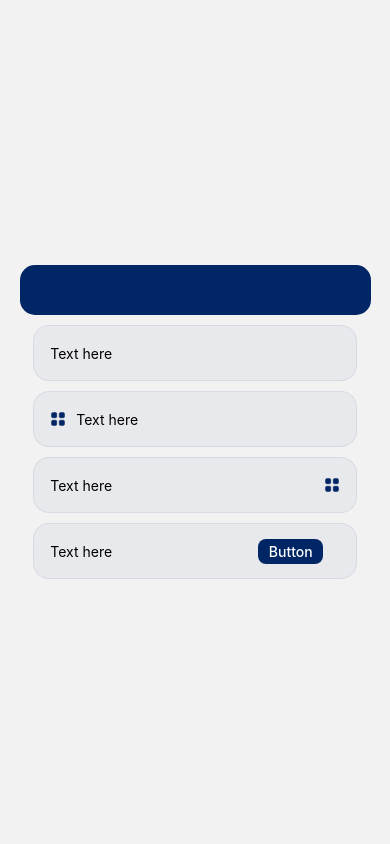
Repository: hungdomanh95/setuptheme
Screen: /
These files come from the project's save history. The screen is drawn as it stood at one moment and after the next save; the edit follows.
The app was drawn by React Native's web renderer in a window 390 px wide. The project was rebuilt for these pictures with package versions that can differ from the ones it lists, and the page was loaded fresh each time. Also part of the build but not shown: src/components/Fade/index.js, src/components/Slide/index.js, src/components/RNCheckbox/index.js.

Above is the screen before, as saved 2022-05-17 18:19:10.

### App.js
import {View, Text} from 'react-native';
import React from 'react';
import RootNavigation from './src/navigation/rootNavigation';

const App = () => {
  return <RootNavigation />;
};

export default App;

### src/navigation/rootNavigation.js
import React from 'react'
import {NavigationContainer} from '@react-navigation/native';
import {createNativeStackNavigator} from '@react-navigation/native-stack';
import {
  HomeScreen,
} from '../screens';
import { SafeAreaProvider } from 'react-native-safe-area-context';

const Stack = createNativeStackNavigator();
const RootNavigation = () => {
  const screenOptions = {
    headerTransparent: true,
    headerShown: false,
  };
  const stackOption = {
    headerShown: true,
    headerBackTitle: '',
    headerTitle: '',
  };
  return (
    <SafeAreaProvider>
      <NavigationContainer>
        <Stack.Navigator screenOptions={screenOptions}>
          <Stack.Screen name="HomeScreen" component={HomeScreen} />
        </Stack.Navigator>
      </NavigationContainer>
    </SafeAreaProvider>
  );
};

export default RootNavigation;

### src/screens/index.js
import HomeScreen from './HomeScreen';
export {HomeScreen};

### src/screens/HomeScreen/index.js
import {View, StyleSheet} from 'react-native';
import React from 'react';
import {COLOR} from '../../theme';
import {Button, CheckBox, Input} from '../../components';
const icon = require("../../assets/icon/Categary.png")

const HomeScreen = () => {
  const handle = () => {
    console.log("=====--------");
  }
  return (
    <View style={styles.container}>
      {/* <Button text="Button" type={'primary'} size={'fullsize'} />
      <Button text="Button" type={'danger'} size={'medium'} />
      <Button text="Button" type={'success'} size={'small'} />
      <Button text="Button" type={'warning'} size={80} />
      <Button
        text="Button"
        type={'primary'}
        size={'fullsize'}
        disabled={true}
      />
      <Button text="Button" color={COLOR.neural8} colorText={COLOR.neural} />

      <CheckBox /> */}
      <Button

      />
      <Input placeholder="Text here"/>
      <Input placeholder="Text here" iconLeft={icon} />
      <Input placeholder="Text here" iconRight={icon} />
      <Input placeholder="Text here" onPress={handle} />
    </View>
  );
};

export default HomeScreen;
const styles = StyleSheet.create({
  container: {
    flex: 1,
    justifyContent: 'center',
    alignItems: 'center',
  },
});

### src/theme/index.js
import {StyleSheet, Dimensions} from 'react-native';
const {width, height} = Dimensions.get('window');
const width_design = 375;
export const SIZE = {
  width,
  height,
  spacing: 16,
  spacing10:10,
  icon: 24,
  iconInput:16,
  btn1: (width * 343) / width_design,
  btn2: (width * 196) / width_design,
  btn3: (width * 160) / width_design,
  checkbox: 25,
  input1:(width * 311) / width_design
};
export const COLOR = {
  primary: '#002665',
  primary80: 'rgba(0, 38, 101, 0.8)',
  primary60: 'rgba(0, 38, 101, 0.6)',
  primary40: 'rgba(0, 38, 101, 0.4)',
  primary24: 'rgba(0, 38, 101, 0.24)',
  primary16: 'rgba(0, 38, 101, 0.16)',
  primary8: 'rgba(0, 38, 101, 0.08)',
  primary4: 'rgba(0, 38, 101, 0.04)',
  secondary: '#2567F9',
  secondary50: '#0077FF',
  secondary40: 'rgba(0, 119, 255, 0.4)',
  secondary24: 'rgba(0, 119, 255, 0.24)',
  secondary16: 'rgba(0, 119, 255, 0.16)',
  secondary8: 'rgba(0, 119, 255, 0.08)',
  white: '#FFFFFF',
  white64: 'rgba(255,255,255,0.64)',
  white40: 'rgba(255,255,255,0.4)',
  white24: 'rgba(255,255,255,0.24)',
  white16: 'rgba(255,255,255,0.16)',
  white8: 'rgba(255,255,255,0.08)',
  white4: 'rgba(255,255,255,0.04)',
  yellow: '#FDBE01',
  yellow80: 'rgba(253, 190, 1, 0.8)',
  yellow40: 'rgba(253, 190, 1, 0.4)',
  yellow16: 'rgba(253, 190, 1, 0.16)',
  red: '#DA000B',
  red80: 'rgba(227, 38, 46, 0.8)',
  red40: 'rgba(227, 38, 46, 0.4)',
  red16: 'rgba(227, 38, 46, 0.16)',
  gray: '#6D7E92',
  gray40: '#7689A2',
  gray24: '#B3BDCB',
  gray16: '#DADFE6',
  gray8: '#F9FAFD',
  green: '#18A348',
  green50: '#25C26E',
  green40: 'rgba(37, 194, 110, 0.4)',
  green24: 'rgba(37, 194, 110, 0.24)',
  neural: '#FFB200',
  neural80: 'rgba(255, 178, 0, 0.8)',
  neural40: 'rgba(255, 178, 0, 0.4)',
  neural24: 'rgba(255, 178, 0, 0.24)',
  neural16: 'rgba(255, 178, 0, 0.16)',
  neural8: 'rgba(255, 178, 0, 0.08)',
  orange: '#F44B02',
  orange80: 'rgba(244, 75, 2, 0.8)',
  orange40: 'rgba(244, 75, 2, 0.4)',
  orange8: '#FFECE3',
  infor: '#0289F4',
  infor80: 'rgba(2, 137, 244, 0.8)',
  infor40: 'rgba(2, 137, 244, 0.4)',
  infor10: 'rgba(2, 137, 244, 0.1)',
};
export const TEXT = StyleSheet.create({
  h1: {
    fontSize: 22,
    lineHeight: 33,
  },
  h2: {
    fontSize: 20,
    lineHeight: 30,
  },
  h3: {
    fontSize: 18,
    lineHeight: 27,
  },
  fz16: {
    fontSize: 16,
    lineHeight: 24,
  },
  fz14: {
    fontSize: 14,
    lineHeight: 21,
  },
  fz12: {
    fontSize: 12,
    lineHeight: 18,
  },
  fz10: {
    fontSize: 10,
    lineHeight: 15,
  },
  bold: {
    fontWeight: '700',
  },
  medium: {
    fontWeight: '500',
  },
  regular: {
    fontWeight: '400',
  },
});
export const SHADOWS = StyleSheet.create({
  sh: {
    backgroundColor: '#FFFFFF',
    shadowColor: 'rgba(0, 38, 101, 0.1)',
    shadowOffset: {
      width: 0,
      height: 2,
    },
    shadowOpacity: 2,
    shadowRadius: 5,
    elevation: 5,
  },
});

### src/components/index.js
import Fade from './Fade';
import Slide from './Slide';
import Button from './RNButton';
import CheckBox from './RNCheckbox';
import Input from './Input';
import ButtonInput from './RNButton/ButtonInput';
export {Fade, Slide, Button, CheckBox, Input,ButtonInput};

### src/components/RNButton/index.js
import {StyleSheet, Text, View, TouchableOpacity} from 'react-native';
import React, {useEffect} from 'react';
import {COLOR, SIZE, TEXT} from '../../theme';

const RNButton = props => {
  const {text, type, size, onPress, disabled} = props;

  const colorBTN = () => {
    let colorBtn = COLOR.primary
    if (disabled) colorBtn = COLOR.primary8;
    else if (type === 'success') colorBtn = COLOR.green;
    else if (type === 'warning') colorBtn = COLOR.neural;
    else if (type === 'danger') colorBtn = COLOR.red;
    else if (type === 'primary') colorBtn = COLOR.primary;
    else if (props.color) colorBtn = props.color;
    return colorBtn;
  };
  const sizeBTN = () => {
    let sizeBtn = "90%";
    if (size === 'fullsize') sizeBtn = SIZE.btn1;
    else if (size === 'medium') sizeBtn = SIZE.btn2;
    else if (size === 'small') sizeBtn = SIZE.btn3;
    else if (typeof size == 'number') sizeBtn = size;
    return sizeBtn;
  };
  const colorText = () => {
    let colorText = COLOR.white;
    if (disabled) colorText = COLOR.primary24;
    else if (props.colorText) colorText = props.colorText;
    return colorText;
  };
  const styles = styleWithProps(props, colorBTN(), sizeBTN(), colorText());
  return (
    <TouchableOpacity
      style={styles.container}
      onPress={onPress}
      disabled={disabled}>
      <Text style={styles.text}>{text}</Text>
    </TouchableOpacity>
  );
};

const styleWithProps = (props, color, size, colorText) => {
  return StyleSheet.create({
    container: {
      width: size,
      height: 50,
      justifyContent: 'center',
      alignItems: 'center',
      backgroundColor: color,
      borderRadius: 15,
      marginVertical: 5,
      ...props.style,
    },
    text: {
      color: colorText,
      ...TEXT.fz16,
      ...TEXT.bold,
    },
  });
};
export default RNButton;

### src/components/Input/index.js
import {StyleSheet, Text, View, TextInput, Image} from 'react-native';
import React from 'react';
import {COLOR, SIZE} from '../../theme';
import ButtonInput from '../RNButton/ButtonInput';
const Input = props => {
  const {placeholder, iconLeft, iconRight, onChangeText, value, onPress} = props;
  const styles = styleWithProps(props);
  return (
    <View style={styles.container}>
      {iconLeft && <Image source={iconLeft} style={styles.iconLeft} />}
      <TextInput
        placeholder={placeholder || 'Text here'}
        onChangeText={onChangeText}
        value={value}
      />
      {onPress && <ButtonInput onPress={onPress} type={'input'} style={{width:65, height:25, borderRadius:8}} text="Button" />}
      {iconRight && <Image source={iconRight} style={styles.iconRight} />}
    </View>
  );
};

const styleWithProps = props =>
  StyleSheet.create({
    container: {
      borderWidth: 1,
      borderColor: COLOR.primary8,
      width: SIZE.input1,
      height: 56,
      borderRadius: 16,
      backgroundColor: COLOR.primary4,
      paddingLeft: SIZE.spacing,
      paddingRight:SIZE.spacing + SIZE.iconInput,
      // paddingHorizontal: SIZE.spacing + SIZE.iconInput + SIZE.spacing10,
      flexDirection: 'row',
      alignItems: 'center',
      marginVertical: 5,
      ...props.style,
    },
    iconLeft: {
      width: SIZE.iconInput,
      height: SIZE.iconInput,
      marginRight: SIZE.spacing10,
    },
    iconRight: {
      width: SIZE.iconInput,
      height: SIZE.iconInput,
      position: 'absolute',
      right: SIZE.spacing,
    },
  });
export default Input;

### src/components/RNButton/ButtonInput.js
import {StyleSheet, Text, View, TouchableOpacity} from 'react-native';
import React, {useEffect} from 'react';
import {COLOR, SIZE, TEXT} from '../../theme';

const ButtonInput = props => {
  const {text,onPress, disabled} = props;

  const styles = styleWithProps(props);
  return (
    <TouchableOpacity
      style={styles.container}
      onPress={onPress}
      disabled={disabled}>
      <Text style={styles.text}>{text}</Text>
    </TouchableOpacity>
  );
};

const styleWithProps = (props) => {
  return StyleSheet.create({
    container: {
      width: 65,
      height: 25,
      justifyContent: 'center',
      alignItems: 'center',
      borderRadius: 8,
      backgroundColor: COLOR.primary,
      right:10,
      ...props.style,
    },
    text: {
      color: COLOR.white,
      ...TEXT.fz14,
      ...TEXT.medium,
    },
  });
};
export default ButtonInput;

After the next save:
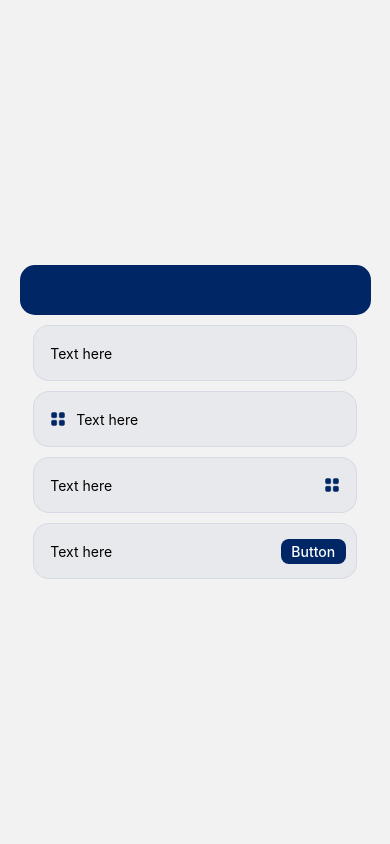
Saved 10 s later.
--- a/src/components/RNButton/ButtonInput.js
+++ b/src/components/RNButton/ButtonInput.js
@@ -25,6 +25,7 @@ const styleWithProps = (props) => {
       alignItems: 'center',
       borderRadius: 8,
       backgroundColor: COLOR.primary,
+      position: "absolute",
       right:10,
       ...props.style,
     },
